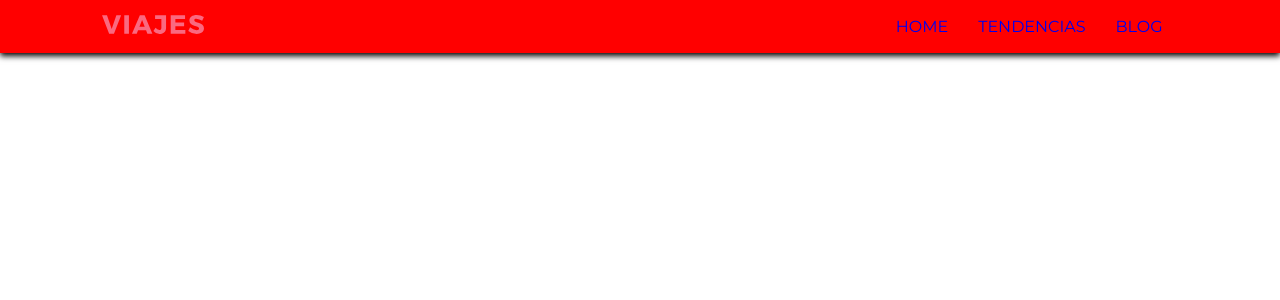
Repository: agustin-mesa/viajes
Page: /
These files come from the project's save history. The page is drawn as it stood at one moment and after the next save; the edit follows.
The browser window is 1280 px wide. The pictures show the whole page.
The project was rebuilt for these pictures with package versions that can differ from the ones it lists, and the page was loaded fresh each time. Also part of the build but not shown: src/components/styles/colors.module.scss.

Above is the page before, as saved 2021-11-11 18:12:51.

After the next save:
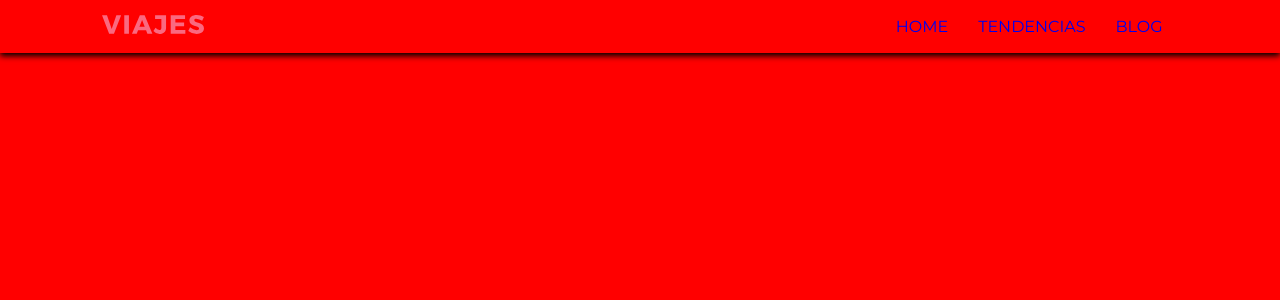
Saved 19 s later.
--- a/src/pages/Home.js
+++ b/src/pages/Home.js
@@ -7,7 +7,7 @@
 
 const ContainerHome = styled.div`
   width: 100%;
-  width: 100vh;
+  height: 100vh;
   background: red;
 `;
 

After the 2 saves that followed:
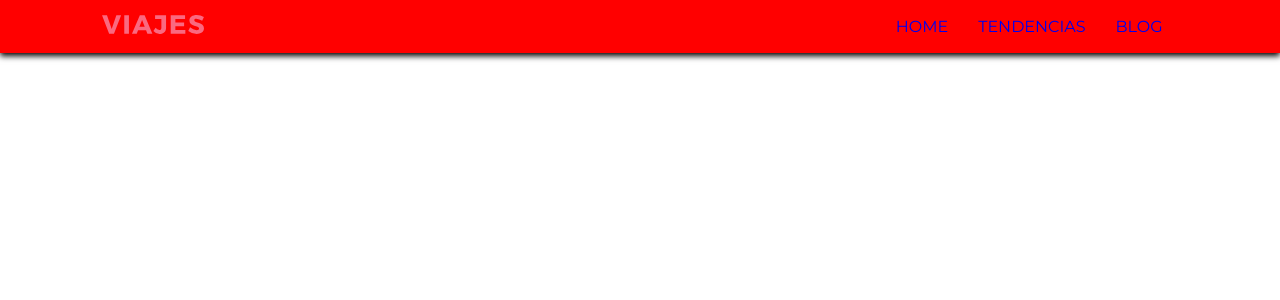
The 2 saves are shown as one change because 1 left the picture as it was.
The last was saved 2 min 1 s later.
--- a/src/pages/Home.js
+++ b/src/pages/Home.js
@@ -1,5 +1,8 @@
 import React from "react";
 import styled from "styled-components";
+
+// IMG
+import viajesHero from "../Assets/img/Viajes_Hero.jpg";
 
 const Home = () => {
   return <ContainerHome>s</ContainerHome>;
@@ -8,7 +11,7 @@
 const ContainerHome = styled.div`
   width: 100%;
   height: 100vh;
-  background: red;
+  background-image: ${viajesHero};
 `;
 
 export default Home;
